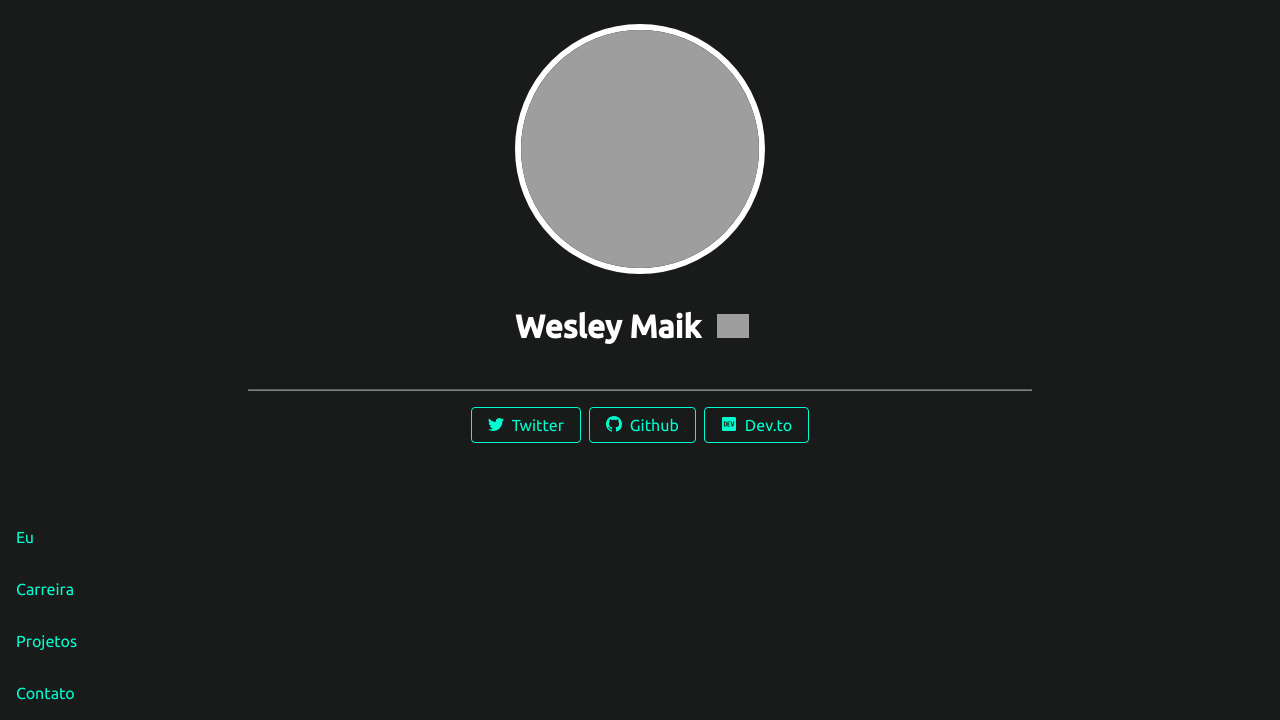
Repository: WesleyMaik/wesleymaik.github.io
Page: /
These files come from the project's save history. The page is drawn as it stood at one moment and after the next save; the edit follows.
The browser window is 1280 px wide. The pictures show the whole page.
Pictures or frames that could not be fetched are drawn as grey boxes. The project was rebuilt for these pictures with package versions that can differ from the ones it lists, and the page was loaded fresh each time. Also part of the build but not shown: vite.config.ts.

Above is the page before, as saved 2022-08-08 09:17:46.

### index.html
<!DOCTYPE html>
<html lang="en">
  <head>
    <meta charset="UTF-8" />
    <link rel="icon" type="image/svg+xml" href="/vite.svg" />
    <meta name="viewport" content="width=device-width, initial-scale=1.0" />
    <title>Wesley Maik - Portifólio</title>
  </head>
  <body>
    <div id="root"></div>
    <script type="module" src="/src/main.tsx"></script>
  </body>
</html>

### src/main.tsx
//Modules
import React from 'react'
import ReactDOM from 'react-dom/client'
import App from './pages'

//Style
import "./styles/global.scss";

ReactDOM.createRoot(document.getElementById('root') as HTMLElement).render(
  <React.StrictMode>
    <App />
  </React.StrictMode>
)

### src/pages/index.tsx
//Modules
import styled from "styled-components";
import Header from "../components/template/header";

const App = () => {
    const Main = styled.main`
      max-width:800px;
      margin:auto;
    `;

    return(
      <Main>
        <Header />
      </Main>
    )
};

export default App

### src/styles/global.scss
//Fonts
@import url('https://fonts.googleapis.com/css2?family=Open+Sans:wght@300;400;600&family=Poppins:wght@300;400;600&family=Roboto+Mono:wght@300;400;700&family=Ubuntu:wght@300;400;500&display=swap');

:root{
    --bg-primary:#181b19;
    --bg-secundary:#2c372e;
    --color-default:#fff;
    --color-primary:#00ffd0;
    --color-secundary:#01dba4;
    --color-fade:#01dba410;
}

*{
    box-sizing: border-box;
    transition: all ease 0.25s;
}

html, body{
    margin:0;

    color:var(--color-default);
    background-color: var(--bg-primary);

    font-family: 'Arial', 'Tahoma';
}

h1, h2, h3, h4, h5, h6{
    font-family: 'Poppins', 'Arial';
}

p{
    font-family: 'Open Sans', 'Arial';
}

div, span{
    font-family: 'Ubuntu', 'Arial';
}

a{
    color: var(--color-primary);
    text-decoration: none;

    border-bottom:2px solid transparent;

    &:active{
        color: var(--color-secundary);
    }

    &:hover{
        border-bottom-color:var(--color-primary);
    }
}

hr{
    width:100%;
    opacity: 50%;
}

### src/components/template/header.tsx
import styled from "styled-components";
import Avatar from "../avatar";
import Navigation from "./navigation";
import Social from "./social";

const Header = () => {
    const Header = styled.header`
        width:100%;
        min-height:20em;

        display:flex;
        flex-direction:column;
        align-items:center;
        gap:0.5em;

        padding:0.5em;
        margin:1em 0;

        .title{
            .icon{
                width:32px;
            }
        }
    `;

    return(
        <Header>
            <Navigation />
            <Avatar />
            <h1 className="title">
                <span>Wesley Maik</span>
                <img
                    className="icon"
                    src="https://raw.githubusercontent.com/MartinHeinz/MartinHeinz/master/wave.gif"
                    style={{ display: "inline-block", margin:'0 0.5em' }}
                    data-target="animated-image.originalImage"
                />
            </h1>
            <hr />
            <Social />
        </Header>
    )
};

export default Header;

### src/components/avatar/index.tsx
//Modules
import styled from "styled-components";

// https://api.github.com/users/wesleymaik

const Avatar = () => {
    const Content = styled.div`
        width:250px;
        height:250px;

        overflow:hidden;

        border:6px solid #fff;
        border-radius:50%;

        .img{
            width:100%;
            height:100%;
        }
    `;

    return(
        <Content>
            <img className="img" src="https://avatars.githubusercontent.com/u/85949116?v=4"/>
        </Content>
    )
};

export default Avatar;

### src/components/template/navigation.tsx
import styled from "styled-components";

const Navigation = () => {
    const Container = styled.div`
        display:flex;
        flex-direction:column;
        justify-content:center;
        align-items:left;
        gap:2em;

        position:fixed;
        left:0;
        bottom:0;

        padding:1em;

        z-index:10;
    `;

    return(
        <Container>
            <a href="#me">Eu</a>
            <a href="#carrer">Carreira</a>
            <a href="#project">Projetos</a>
            <a href="#contact">Contato</a>
        </Container>
    )
};

export default Navigation;

### src/components/template/social.tsx
//Modules
import styled from "styled-components";

//Component
import { BsTwitter, BsGithub } from 'react-icons/bs';
import { FaDev } from 'react-icons/fa';

const Social = () => {
    const Container = styled.div`
        width:100%;

        display:flex;
        flex-direction:row;
        justify-content:center;
        gap:0.5em;

        .btn{
            cursor: pointer;

            display:flex;
            flex-direction:row;
            gap:0.5em;

            color:var(--color-primary);

            border:1px solid var(--color-primary);
            border-radius:4px;
            padding:0.5em 1em;

            transition:all ease 0.5s;

            &:hover{
                background-color:var(--color-fade);
            }
        }
    `;

    return(
        <Container>
            <div className="btn">
                <BsTwitter />
                <span className="text">Twitter</span>
            </div>
            <div className="btn">
                <BsGithub />
                <span className="text">Github</span>
            </div>
            <div className="btn">
                <FaDev />
                <span className="text">Dev.to</span>
            </div>
        </Container>
    )
};

export default Social;

After the next save:
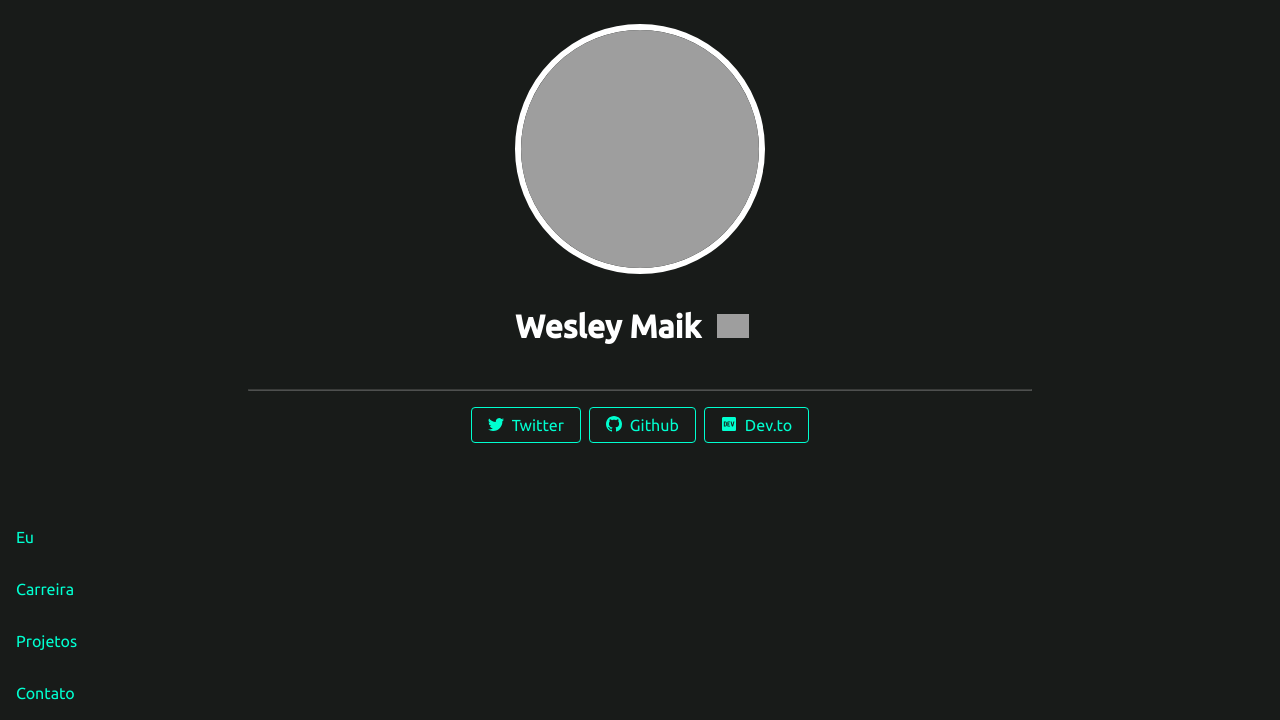
Saved 4 s later.
--- a/src/styles/global.scss
+++ b/src/styles/global.scss
@@ -53,5 +53,5 @@
 
 hr{
     width:100%;
-    opacity: 50%;
+    opacity: 25%;
 }
